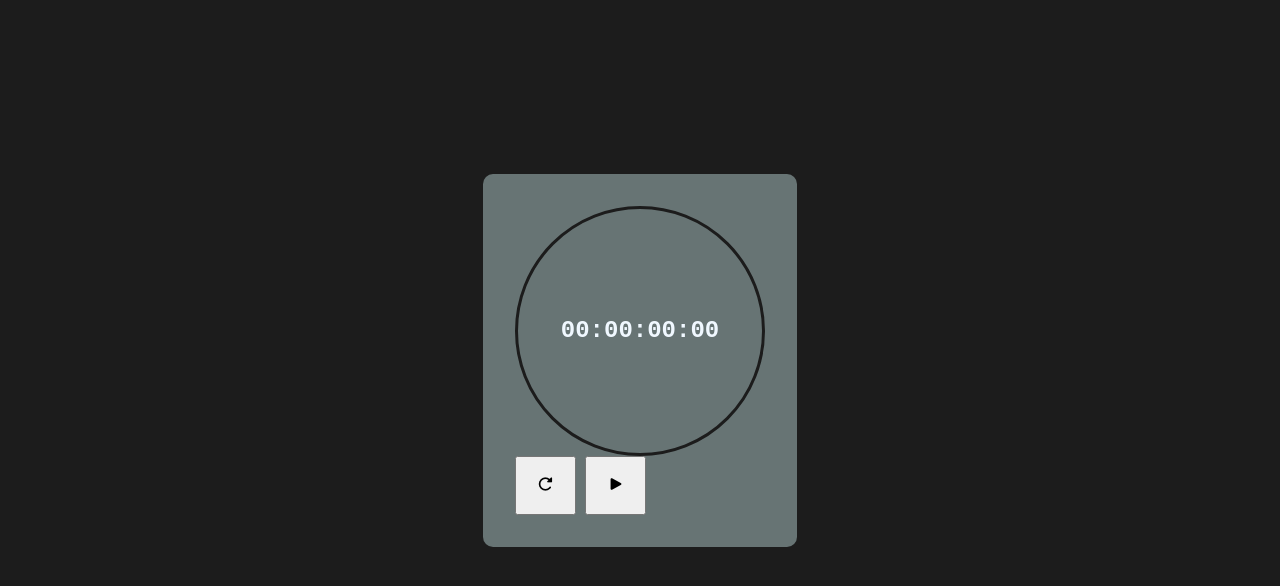
Repository: ValdemarCaculo/TEMPORIZADOR
Page: index.html
These files come from the project's save history. The page is drawn as it stood at one moment and after a run of saves; the edit follows.
The browser window is 1280 px wide. The pictures show the whole page.
Some web libraries are served in a nearby version.

Above is the page before, as saved 2025-12-06 15:25:21.

After the next 6 saves:
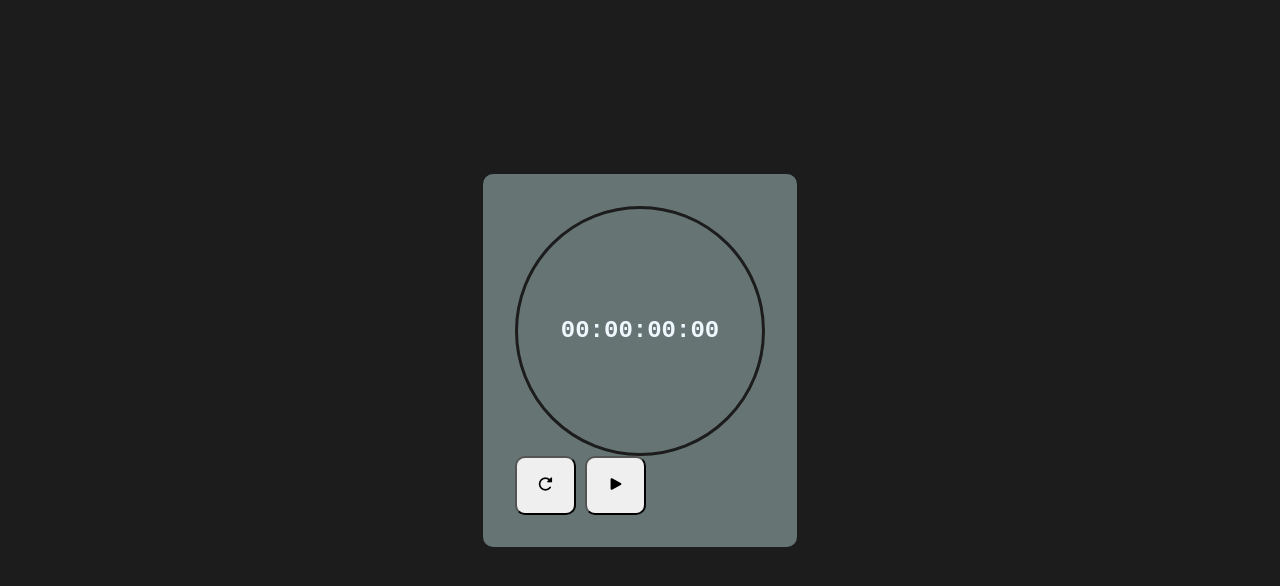
The 6 saves are shown as one change because they came seconds apart.
The last was saved 20 s later.
--- a/CSS/style.css
+++ b/CSS/style.css
@@ -35,5 +35,6 @@ body {
 }
 
 button{
+    border-radius: 10px;
     padding: 20px;
 }
